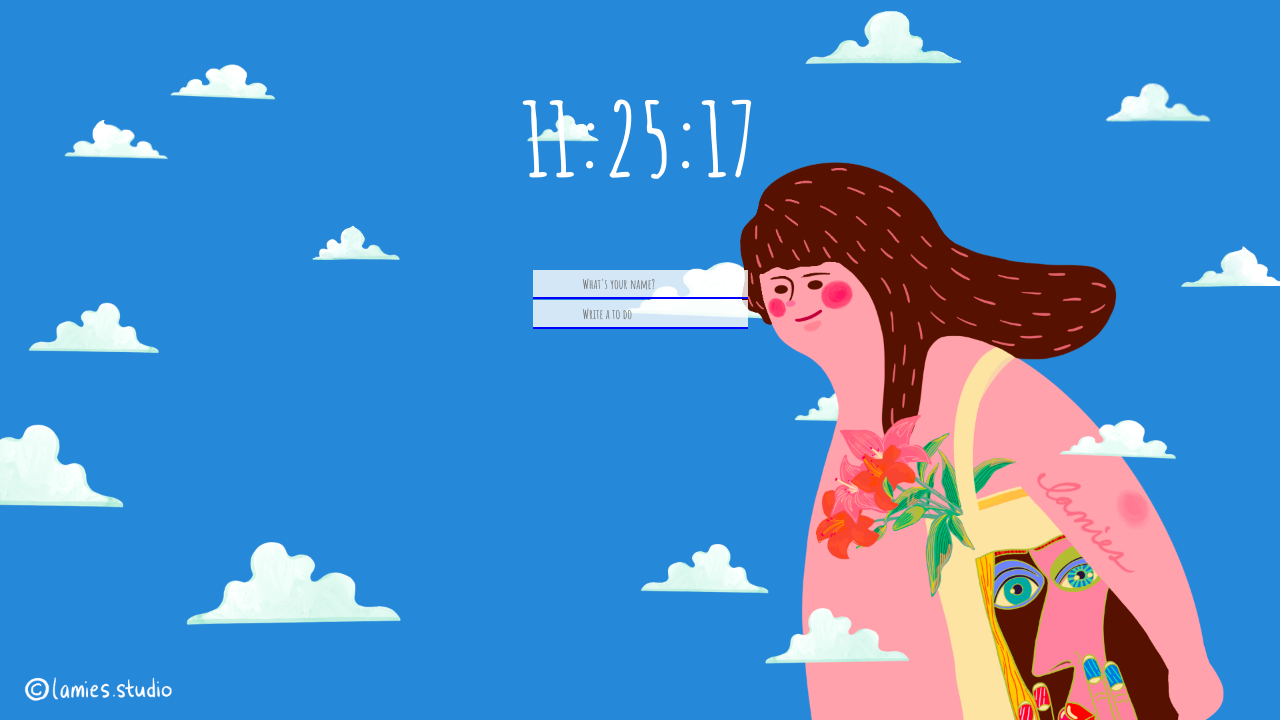
Repository: haleyjung/chrome_app
Page: index.html
An editor plug-in stored every save of this project. The page is shown before and after the next save, followed by the edit.
The browser window is 1280 px wide. The pictures show the whole page.

Above is the page before, as saved 2020-11-23 15:52:43.

### index.html
<!DOCTYPE html>
<html lang="en">
<head>
    <meta charset="UTF-8" />
    <meta name="viewport" content="width=device-width, initial-scale=1.0">
    <title>Chrome App</title>
    <link rel="stylesheet" href="index.css">
</head>
<body>

    <div>
        <span class="js-weather"></span>
    </div>

        <div class="js-clock">
            <h1>00:00</h1>
        </div>


    <div class="js-name name"></div>

    <div>
        <form class="js-form form">
            <input type="text" placeholder="What's your name?" />
        </form>
    </div>

    <h4 class="js-greetings greetings"></h4>

    <form class="js-toDoForm">
        <input type="text" placeholder="Write a to do" />
    </form>
    <ul class="js-toDoList">
    </ul>

    <script src="js/clock.js"></script>
    <script src="js/greeting.js"></script>
    <script src="js/todo.js"></script>
    <script src="js/bg.js"></script>
    <script src="js/weather.js"></script>
</body>

### index.css
@import url("https://fonts.googleapis.com/css2?family=Amatic+SC:wght@400;700&display=swap");

* {
  font-family: "Amatic SC", cursive;
  font-weight: 700;
}

body {
  background-color: palevioletred;
  color: white;
  display: flex;
  flex-direction: column;
  justify-content: center;
  align-items: center;
  font-size: 20px;
}

.js-weather {
  display: flex;
  justify-content: flex-start;
  align-items: left;
}

.js-clock {
  display: flex;
  justify-content: center;
  align-items: center;
  font-size: 50px;
}

.js-form,
.js-toDoForm {
  background-color: none;
}

.btn {
  cursor: pointer;
}

input {
  border: none;
  outline: none;
  border-bottom: 2px solid blue;
  background-color: rgba(255, 255, 255, 0.8);
  padding: 5px 50px;
}

.form,
.greetings {
  display: none;
}

.showing {
  display: block;
}

@keyframes fadeIn {
  from {
    opacity: 0;
  }
  to {
    opacity: 1;
  }
}

.bgImage {
  position: absolute;
  top: 0;
  left: 0;
  width: 100%;
  height: 100%;
  z-index: -1;
  animation: fadeIn 0.5s linear;
}

### js/clock.js
const clockContainer = document.querySelector(".js-clock"),
    clockTitle = clockContainer.querySelector("h1");

function getTime() {
    const date = new Date();
    const minutes = date.getMinutes();
    const hours = date.getHours();
    const seconds = date.getSeconds();
    clockTitle.innerText = `${hours < 10 ? `0${hours}` : hours}:${
        minutes < 10 ? `0${minutes}` : minutes
    }:${seconds < 10 ? `0${seconds}` : seconds}`;
}

function init() {
    getTime();
    setInterval(getTime, 1000);
}

init();

### js/greeting.js
const nameContainer = document.querySelector(".js-name");

function paintName(name) {
    nameContainer.innerHTML = "";
    const title = document.createElement("span");
    title.className = "name__text";
    title.innerHTML = `Hello ${name}`;
    nameContainer.appendChild(title);
}

function handleSubmit(event) {
    event.preventDefault();
    const form = event.target;
    const input = form.querySelector("input");
    const value = input.value;
    localStorage.setItem("username", value);
    paintName(value);
}

function paintInput() {
    const input = document.createElement("input");
  input.placeholder = "What's your name?";
  input.type = "text";
  input.className = "name__input";
  const form = document.createElement("form");
  form.addEventListener("submit", handleSubmit);
  form.appendChild(input);
  nameContainer.appendChild(form);
}

function loadName(){
    const name = localStorage.getItem("username");
  if (name === null) {
    paintInput();
  } else {
    paintName(name);
  }
}

function init() {
    loadName();
}

init();

### js/todo.js
const toDoForm = document.querySelector(".js-toDoForm"),
    toDoInput = toDoForm.querySelector("input"),
    toDoList = document.querySelector(".js-toDoList");

const TODOS_LS = 'toDos';

let toDos = [];

function deleteToDo(event){
    const btn = event.target;
    const li = btn.parentNode;
    toDoList.removeChild(li);
    const cleanToDos = toDos.filter(function(toDo){
        return toDo.id !== parseInt(li.id);
    });
    toDos = cleanToDos
    saveToDos();
}

function saveToDos(){
    localStorage.setItem(TODOS_LS, JSON.stringify(toDos));
}

function paintToDo(text){
    const li = document.createElement("li");
    const delBtn = document.createElement("button");
    const span = document.createElement("span");
    const newId = toDos.length + 1;
    delBtn.innerText = "❌";
    delBtn.addEventListener("click", deleteToDo);
    span.innerText = text;
    li.appendChild(delBtn);
    li.appendChild(span);
    li.id = newId;
    toDoList.appendChild(li);
    const toDoObj = {
        text: text,
        id: newId
    };
    toDos.push(toDoObj);
    saveToDos();
}

function handleSubmit(event){
    event.preventDefault();
    const currentValue = toDoInput.value;
    paintToDo(currentValue);
    toDoInput.value = "";
}

function loadToDos() {
    const loadedToDos = localStorage.getItem(TODOS_LS);
    if(loadedToDos !== null){
        const parsedToDos = JSON.parse(loadedToDos);
        parsedToDos.forEach(function(toDo){
            paintToDo(toDo.text);
        });
    }
}

function init() {
    loadToDos();
    toDoForm.addEventListener("submit", handleSubmit)
}

init();

### js/bg.js
const body = document.querySelector("body");

const IMG_NUMBER = 4;

// If loading images from API, include the functions in these comments:
// function handleImgLoad(){
//     console.log('finished loading');
// }

function paintImage(imgNumber){
    const image = new Image();
    image.src = `/img/lamiesstudio-${imgNumber + 1}.png`;
    image.classList.add('bgImage');
    body.prepend(image);
    // image.addEventListener("loadend", handleImgLoad);
}

function genRandom(){
    const number = Math.floor(Math.random() * IMG_NUMBER);
    return number;
}

function init(){
    const randomNumber = genRandom();
    paintImage(randomNumber)
}

init();

### js/weather.js
const weather = document.querySelector(".js-weather");

const API_KEY = "1706261ffc689a5d0ffe73f0d2f8a925";
const COORDS = "coords";

function getWeather(lat, lng){
    fetch(`https://api.openweathermap.org/data/2.5/weather?lat=${lat}&lon=${lng}&appid=${API_KEY}&units=metric`
    ).then(function(response){
        return response.json();
    })
        .then(function(json){
        const temperature = json.main.temp;
        const place = json.name;
        weather.innerText = `${temperature} @ ${place}`;
    });
}

function saveCoords(coordsObj){
    localStorage.setItem(COORDS, JSON.stringify(coordsObj));
}

function handleGeoSuccess(position){
    const latitude = position.coords.latitude;
    const longitude = position.coords.longitude;
    const coordsObj = {
        latitude,
        longitude
    };
    saveCoords(coordsObj);
    getWeather(latitude, longitude);
}

function handleGeoError(){
    console.log('Cant access geo location');
}

function askForCoords(){
    navigator.geolocation.getCurrentPosition(handleGeoSuccess, handleGeoError);
}

function loadCoords(){
    const loadedCoords = localStorage.getItem(COORDS);
    if(loadedCoords === null){
        askForCoords();
    } else {
        const parsedCoords = JSON.parse(loadedCoords);
        getWeather(parsedCoords.latitude, parsedCoords.longitude);
    }
}

function init(){
    loadCoords();
}

init();

After the next save:
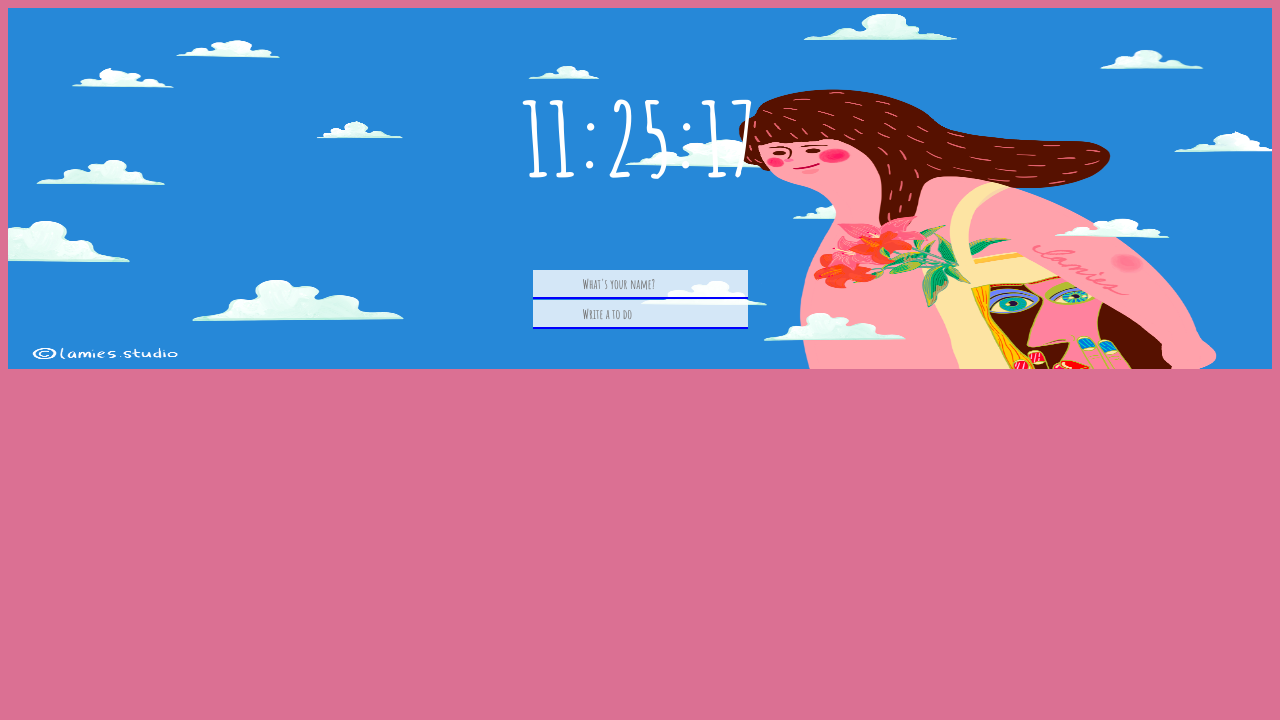
Saved 22 s later.
--- a/index.css
+++ b/index.css
@@ -13,12 +13,12 @@
   justify-content: center;
   align-items: center;
   font-size: 20px;
+  position: relative;
 }
 
 .js-weather {
   display: flex;
-  justify-content: flex-start;
-  align-items: left;
+  position: absolute;
 }
 
 .js-clock {

After the save that followed:
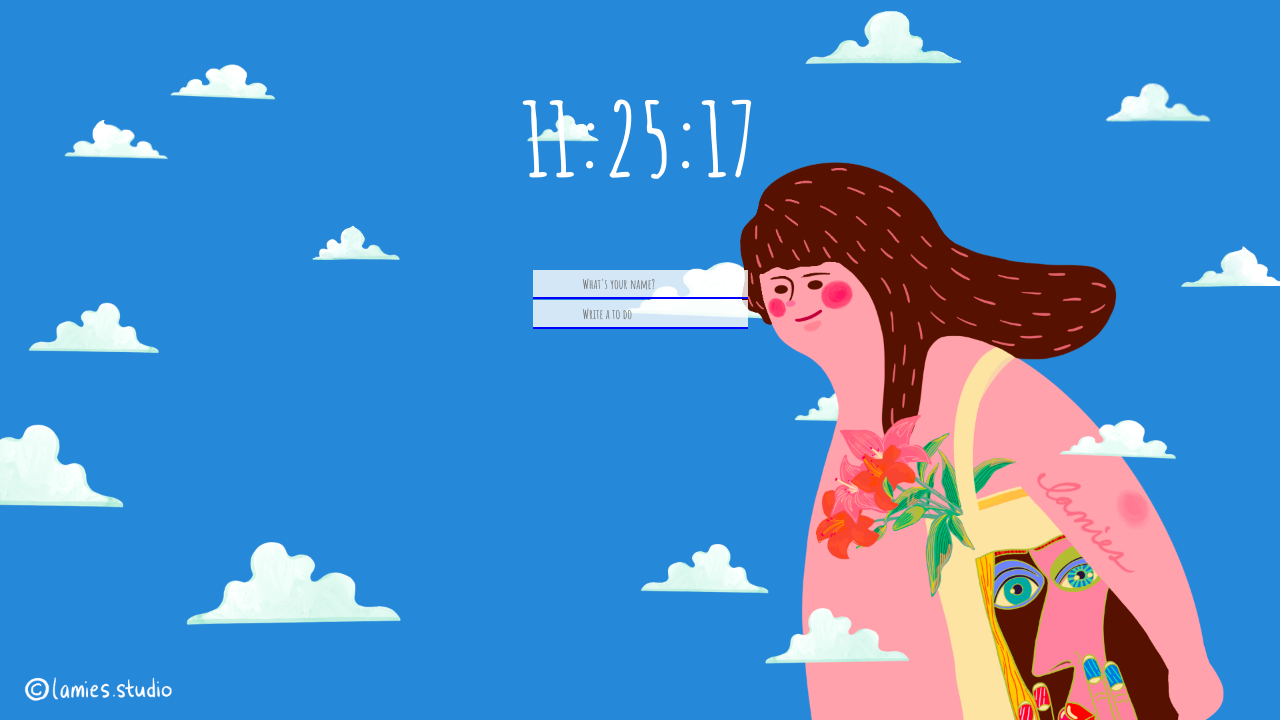
Saved 6 s later.
--- a/index.css
+++ b/index.css
@@ -13,7 +13,6 @@
   justify-content: center;
   align-items: center;
   font-size: 20px;
-  position: relative;
 }
 
 .js-weather {
